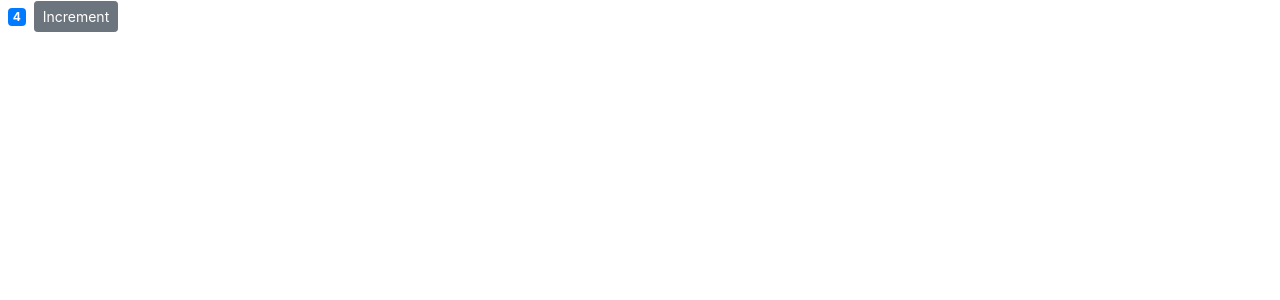
Repository: smk87/First-React-App
Page: /
An editor plug-in stored every save of this project. The page is shown before and after the next save, followed by the edit.
The browser window is 1280 px wide. The pictures show the whole page.
The project was rebuilt for these pictures with package versions that can differ from the ones it lists, and the page was loaded fresh each time. Also part of the build but not shown: src/App.css, src/App.js.

Above is the page before, as saved 2019-01-04 21:04:14.

After the next save:
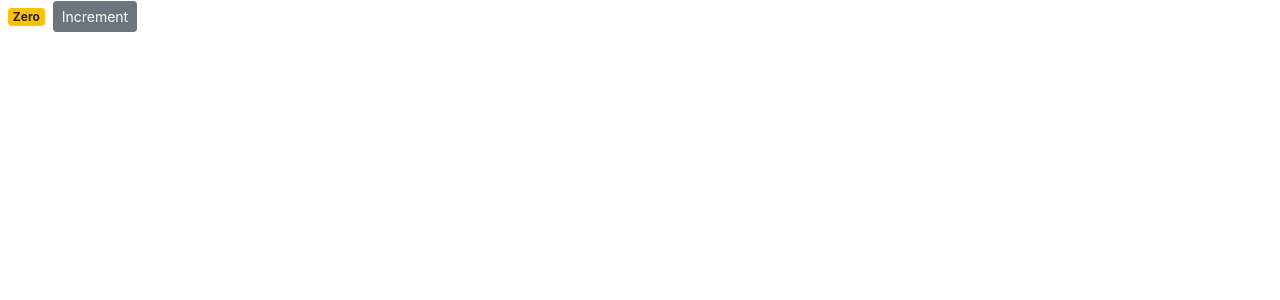
Saved 9 s later.
--- a/src/components/counter.jsx
+++ b/src/components/counter.jsx
@@ -2,7 +2,7 @@ import React, { Component } from "react";
 
 class Counter extends Component {
   state = {
-    count: 4
+    count: 0
   };
 
   render() {
